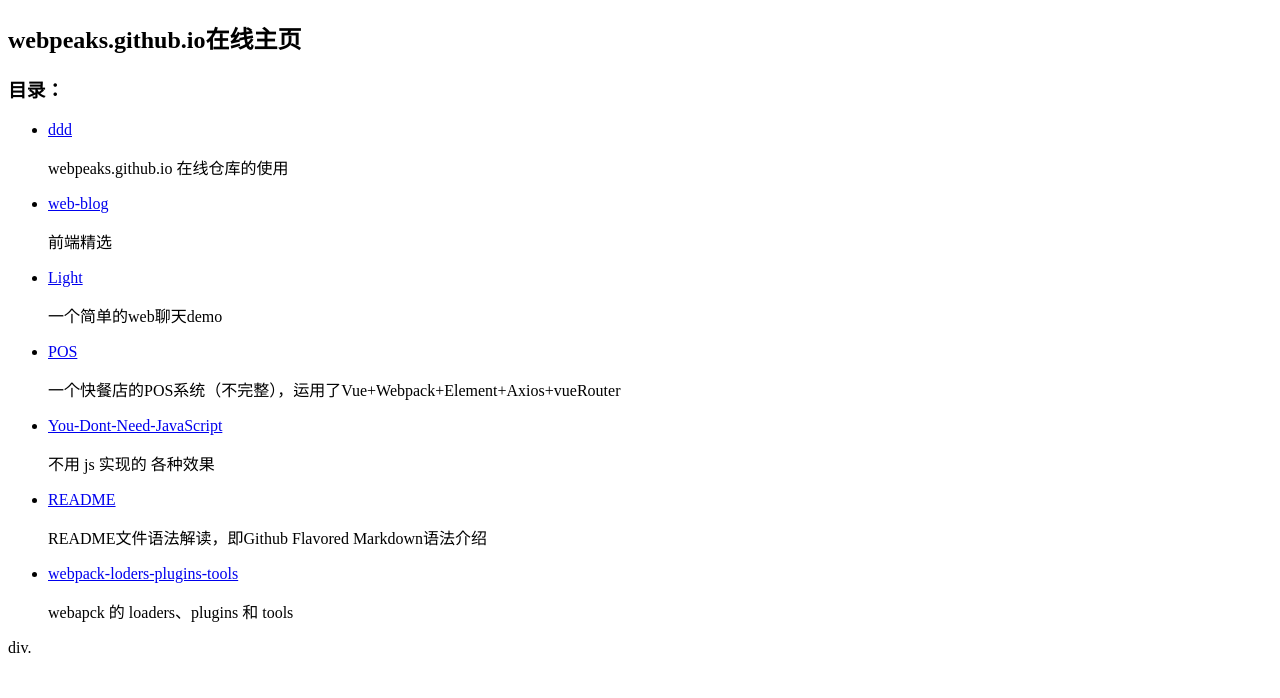
Repository: webpeaks/webpeaks.github.io
Page: index.html
The author's editor kept a copy of each file at every save. The page is drawn from the files as they stood at one save, then again after the next save.
The browser window is 1280 px wide. The pictures show the whole page.

Above is the page before, as saved 2018-01-03 16:38:53.

After the next save:
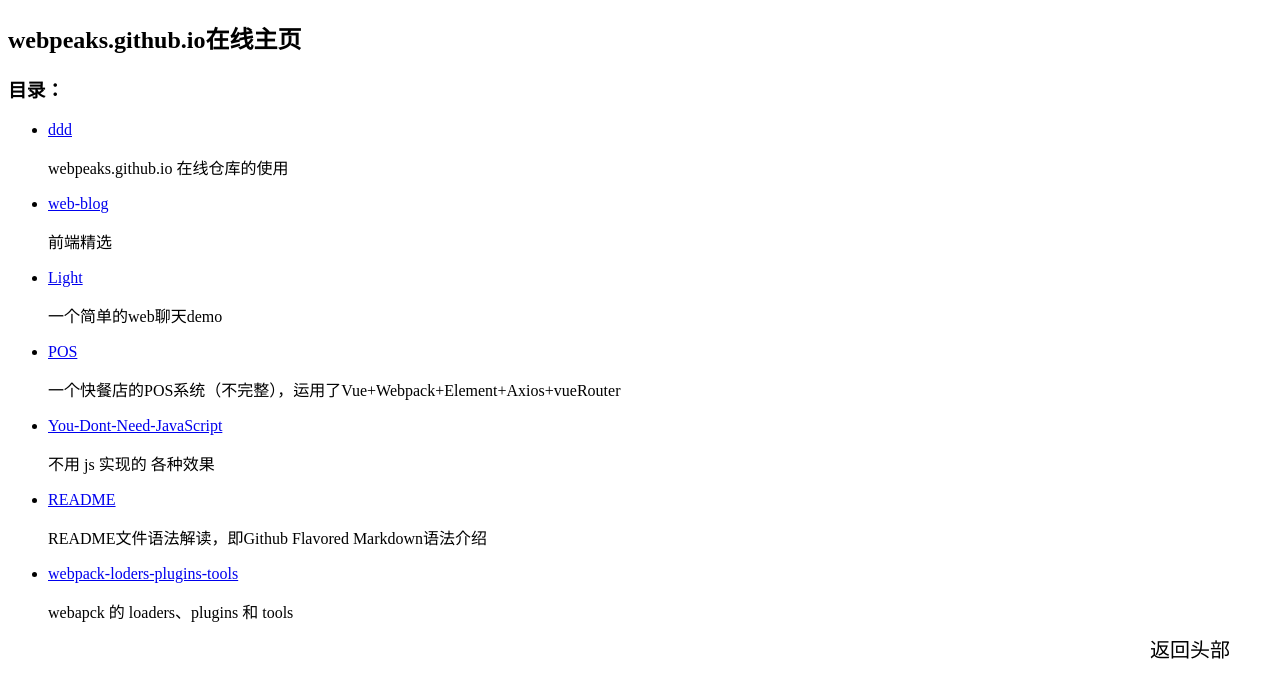
Saved 2 min 13 s later.
--- a/index.html
+++ b/index.html
@@ -6,6 +6,15 @@
     <meta name="viewport" content="width=device-width, initial-scale=1.0">
     <meta http-equiv="X-UA-Compatible" content="ie=edge">
     <title>Document</title>
+    <style>
+        .back{
+            position: absolute;
+            bottom: 50px;
+            right: 50px;
+            line-height: 40px;
+            font-size: 20px;
+        }
+    </style>
 </head>
 
 <body>
@@ -42,7 +51,7 @@
         </li>
     </ul>
 
-    div.
+    <a class="back">返回头部</a>
 </body>
 
 </html>
